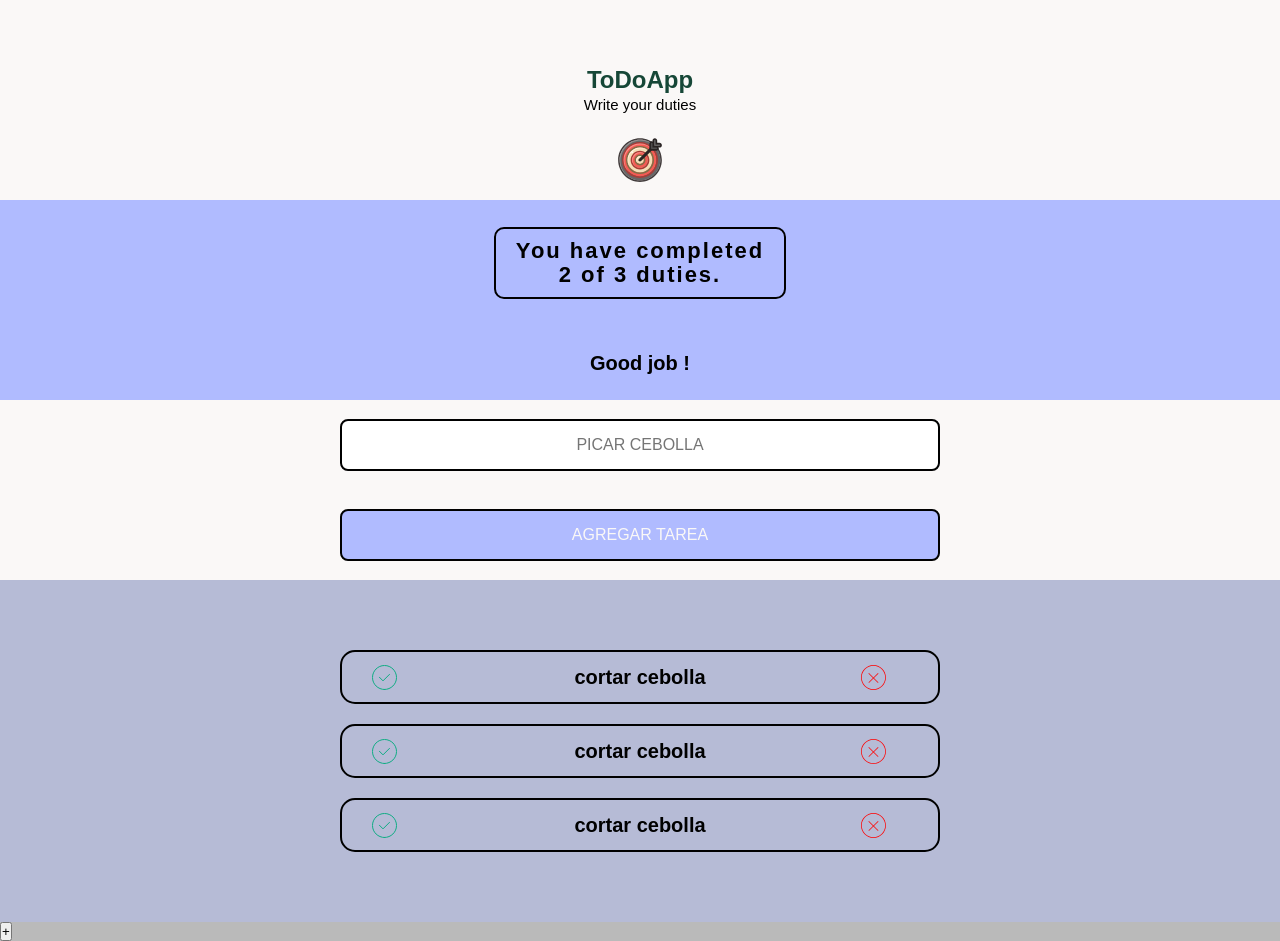
Repository: ChristianGecchelin/to-do-app
Page: /
These files come from the project's save history. The page is drawn as it stood at one moment and after the next save; the edit follows.
The browser window is 1280 px wide. The pictures show the whole page.
The project was rebuilt for these pictures with package versions that can differ from the ones it lists, and the page was loaded fresh each time.

Above is the page before, as saved 2022-01-12 15:55:28.

After the next save:
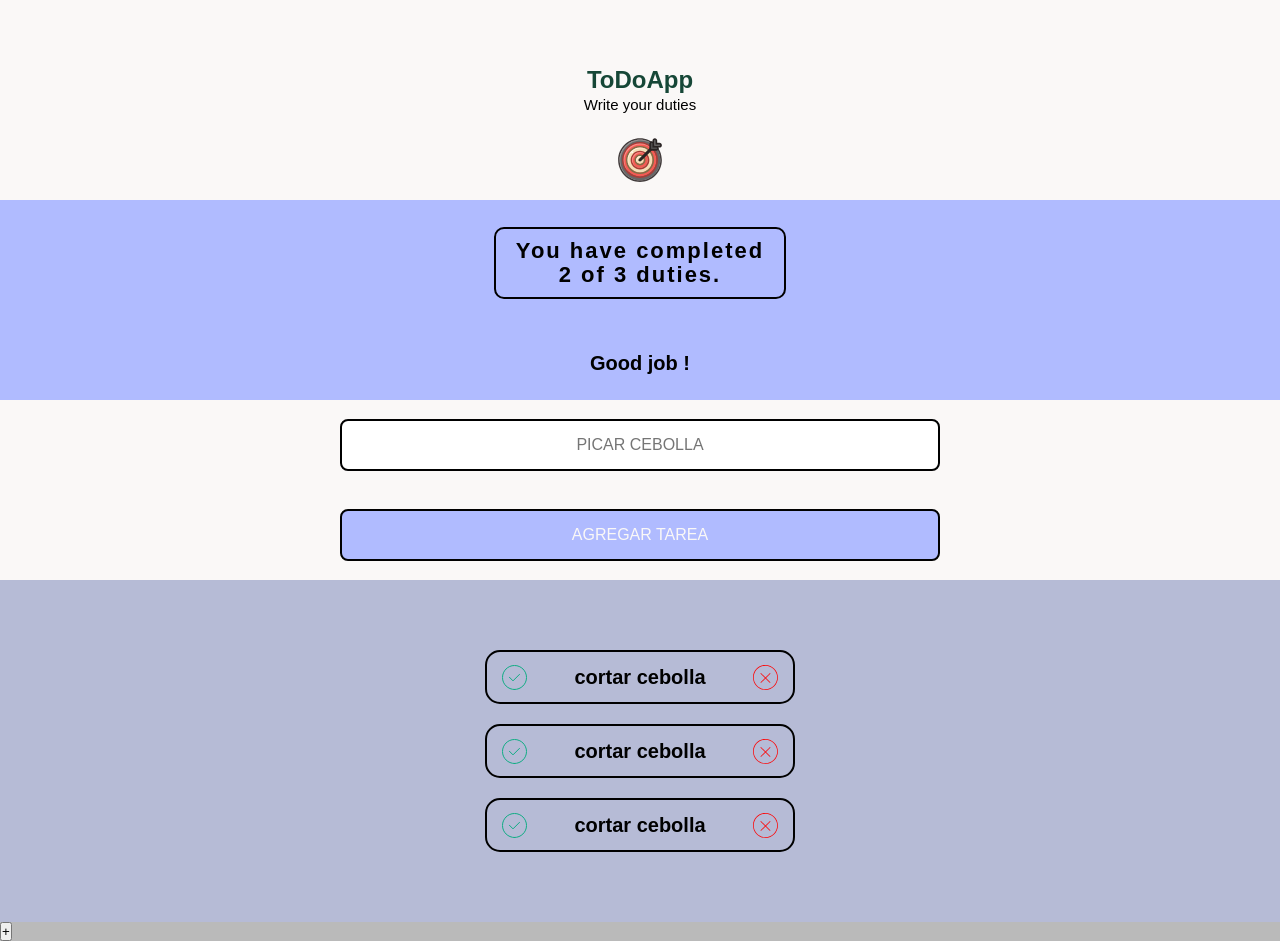
Saved 59 s later.
--- a/src/styles/ToDoList.css
+++ b/src/styles/ToDoList.css
@@ -9,9 +9,6 @@
   background: rgb(176 187 255 / 40%);
 }
 .item-container {
-  width: 60%;
-  min-width: 310px;
-  max-width: 600px;
 }
 .list-item {
   position: relative;
@@ -22,6 +19,9 @@
   padding: 15px 0;
   border: 2px solid black;
   border-radius: 15px;
+  width: 60%;
+  min-width: 310px;
+  max-width: 600px;
 }
 .check {
   position: absolute;

After the save that followed:
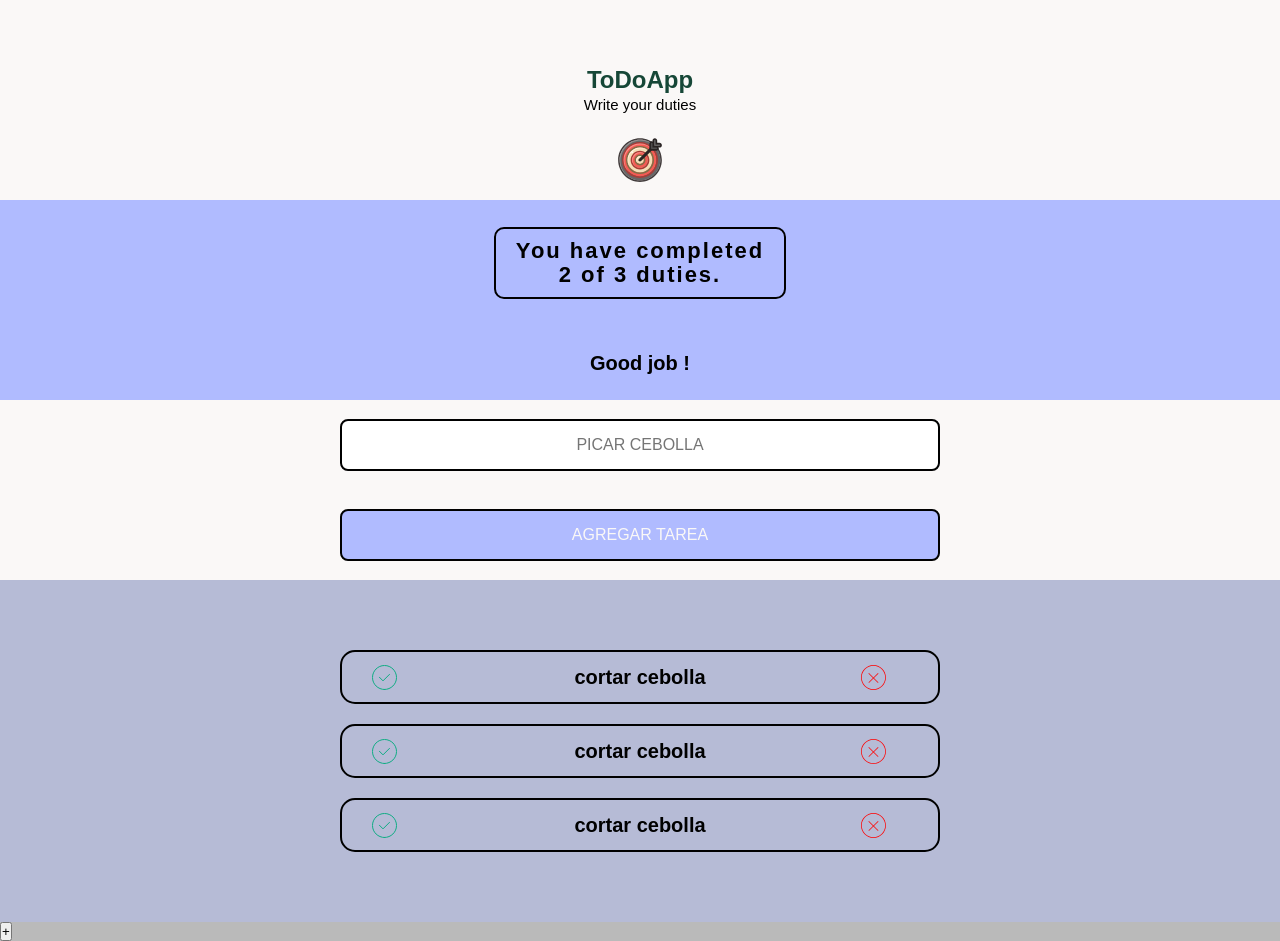
Saved 8 s later.
--- a/src/styles/ToDoList.css
+++ b/src/styles/ToDoList.css
@@ -9,6 +9,9 @@
   background: rgb(176 187 255 / 40%);
 }
 .item-container {
+  width: 60%;
+  min-width: 310px;
+  max-width: 600px;
 }
 .list-item {
   position: relative;
@@ -19,9 +22,6 @@
   padding: 15px 0;
   border: 2px solid black;
   border-radius: 15px;
-  width: 60%;
-  min-width: 310px;
-  max-width: 600px;
 }
 .check {
   position: absolute;
